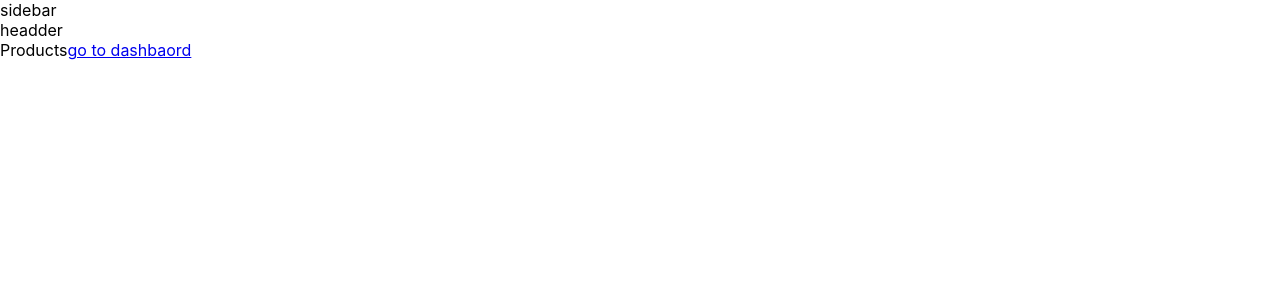
Repository: Siranush-0194/Dashboard
Page: /products
The author's editor kept a copy of each file at every save. The page is drawn from the files as they stood at one save, then again after the next save.
The browser window is 1280 px wide. The pictures show the whole page.
The project was rebuilt for these pictures with package versions that can differ from the ones it lists, and the page was loaded fresh each time. Also part of the build but not shown: src/components/Dashboard.jsx.

Above is the page before, as saved 2023-07-04 17:10:57.

### src/index.js
import React from 'react';
import ReactDOM from 'react-dom/client';
import './index.css';
import App from './App';
import { Router } from 'react-router-dom';

const root = ReactDOM.createRoot(document.getElementById('root'));
root.render(
  <React.StrictMode>
        <App />

  </React.StrictMode>
);

// If you want to start measuring performance in your app, pass a function
// to log results (for example: reportWebVitals(console.log))
// or send to an analytics endpoint. Learn more: https://bit.ly/CRA-vitals

### src/App.jsx
import { Link, BrowserRouter as Router, Route, Routes } from "react-router-dom";
import Layout from "./components/shared/Layout";
import Dashboard from "./components/Dashboard";
import Products from "./components/Products";

function App() {
  return (
    <Router>
      <Routes>
        <Route path="/" element={<Layout />}>
          <Route index element={<Dashboard />} />
          <Route path="products" element={<Products />} />
        </Route>
      </Routes>
    </Router>
  );
}

export default App;

### src/components/shared/Layout.jsx
import React from "react";
import { Outlet } from "react-router-dom";

export default function Layout() {
    return(
        <div>
        <div className="bg-sky-200"> sidebar </div>
        <div className="bg-teal-200">headder</div>
        <div>{<Outlet />}</div>
    </div>
    )

}

### src/components/Products.jsx
import React from "react";
import { Link } from "react-router-dom";

export default function Products () {
    return (
        <div>
            Products
        <Link to="/">go to dashbaord</Link>
         </div>

    )
}

Loaded but not shown: public/index.html (common file); src/index.css (common file)

After the next save:
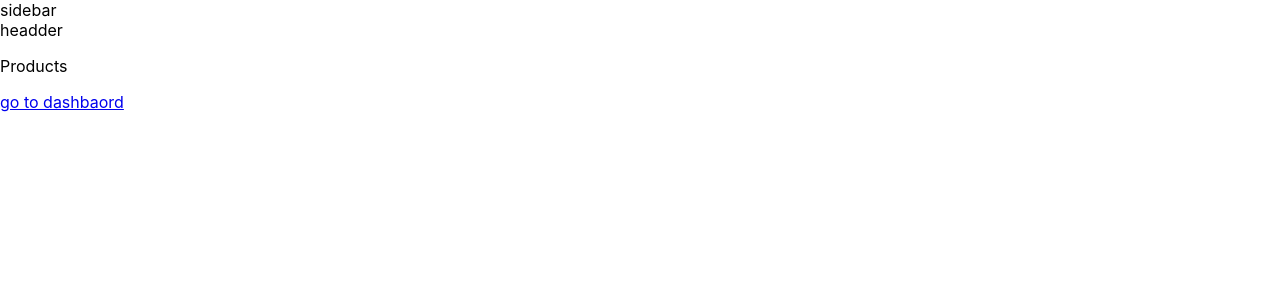
Saved 10 s later.
--- a/src/components/Products.jsx
+++ b/src/components/Products.jsx
@@ -4,7 +4,8 @@ import { Link } from "react-router-dom";
 export default function Products () {
     return (
         <div>
-            Products
+            <p> Products</p>
+
         <Link to="/">go to dashbaord</Link>
          </div>
 
